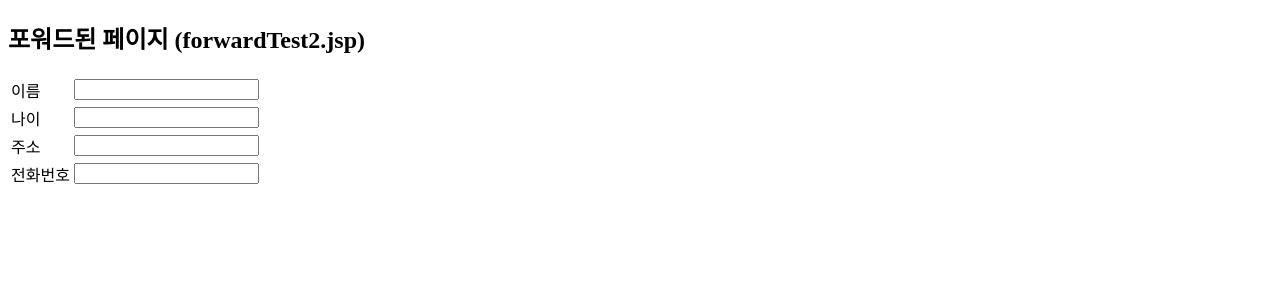
Repository: Gun-stack/jsp
Page: http://localhost/jspExam5/forwardTest2.jsp
An editor plug-in stored every save of this project. The page is shown before and after the next save, followed by the edit.
The browser window is 1280 px wide. The pictures show the whole page.
The page is served by Tomcat 9.

Above is the page before, as saved 2023-09-21 06:47:34.

After the next save:
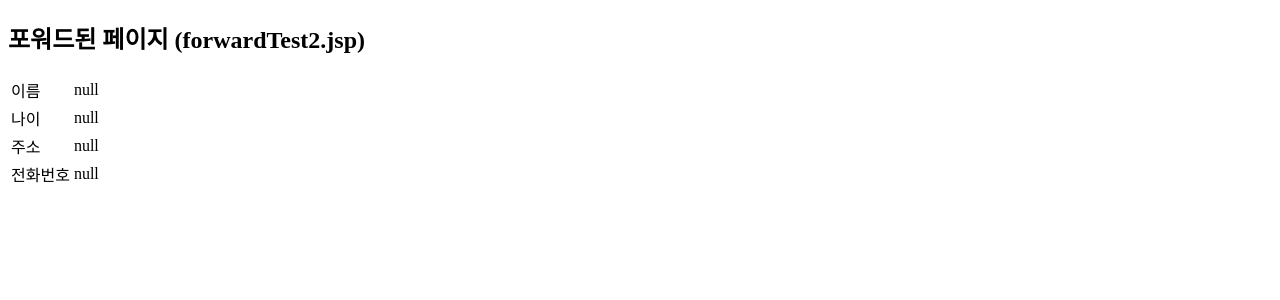
Saved 36 s later.
--- a/jsp_workspace/jspExam5/src/main/webapp/forwardTest2.jsp
+++ b/jsp_workspace/jspExam5/src/main/webapp/forwardTest2.jsp
@@ -11,19 +11,19 @@
 	<table>
 			<tr>
 			<td>이름</td>
-			<td><input type="text" name="name"></td>
+			<td><%=request.getParameter("name") %></td>
 			</tr>
 			<tr>
 			<td>나이</td>
-			<td><input type="text" name="age"></td>
+			<td><%=request.getParameter("age") %></td>
 			</tr>
 			<tr>
 			<td>주소</td>
-			<td><input type="text" name="address"></td>
+			<td><%=request.getParameter("address") %></td>
 			</tr>
 			<tr>
 			<td>전화번호</td>
-			<td><input type="text" name="address"></td>
+			<td><%=request.getParameter("tel") %></td>
 			</tr>
 
 
